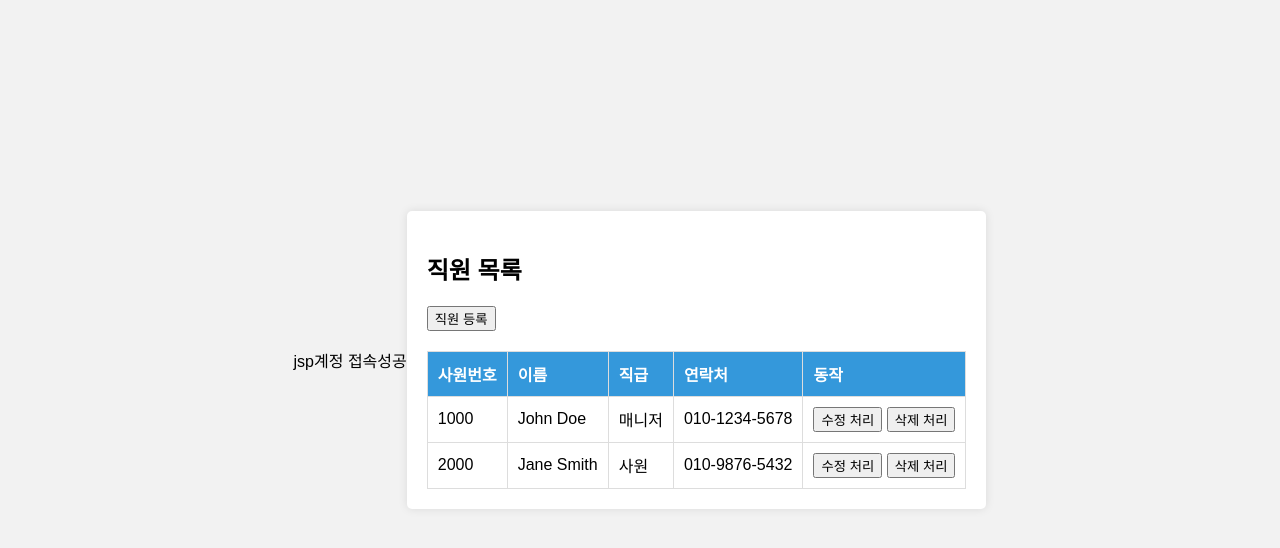
Repository: heyJSH/Study_java_web_sol
Page: http://localhost/jspweb_08/emplist.jsp
These files come from the project's save history. The page is drawn as it stood at one moment and after the next save; the edit follows.
The browser window is 1280 px wide. The pictures show the whole page.
The page is served by Tomcat 9. Queries for data that is not in the repository find no rows.

Above is the page before, as saved 2024-01-12 05:49:29.

After the next save:
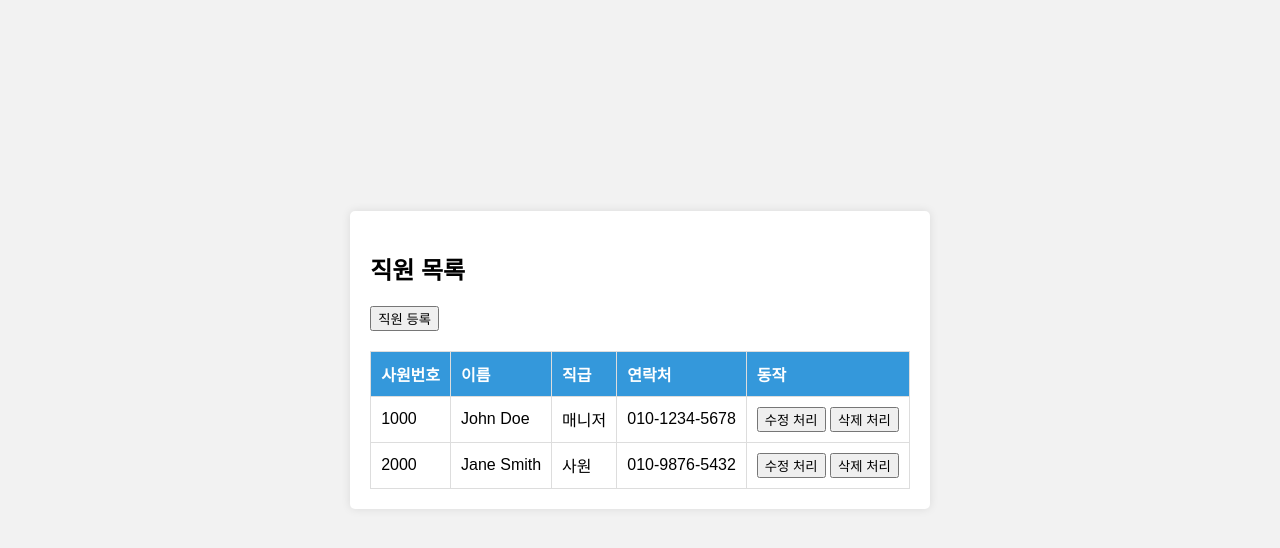
Saved 29 s later.
--- a/workspace_stsb/jspweb_08/src/main/webapp/emplist.jsp
+++ b/workspace_stsb/jspweb_08/src/main/webapp/emplist.jsp
@@ -60,7 +60,7 @@
       try {
         //connection = DriverManager.getConnection(JDBC_URL, USER, PASSWORD);
         connection = DBconfig.getConnection();
-        out.println("jsp계정 접속성공");
+        System.out.println("jsp계정 접속성공");
       }catch(Exception e) {
         out.println("jsp계정 접속실패");
       }
